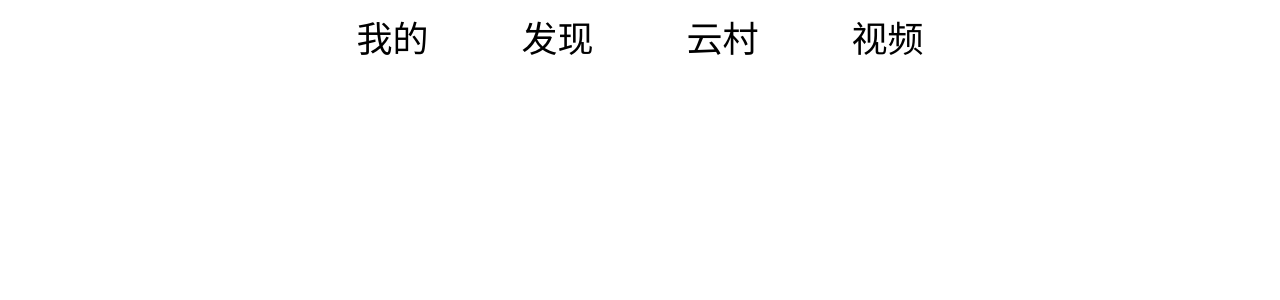
Repository: Kimice1230/Vue-
Page: / (app in wangyiyun-app/)
These files come from the project's save history. The page is drawn as it stood at one moment and after the next save; the edit follows.
The browser window is 1280 px wide. The pictures show the whole page.
The project was rebuilt for these pictures with package versions that can differ from the ones it lists, and the page was loaded fresh each time. Also part of the build but not shown: wangyiyun-app/vue.config.js.

Above is the page before, as saved 2022-07-19 15:53:50.

After the next save:
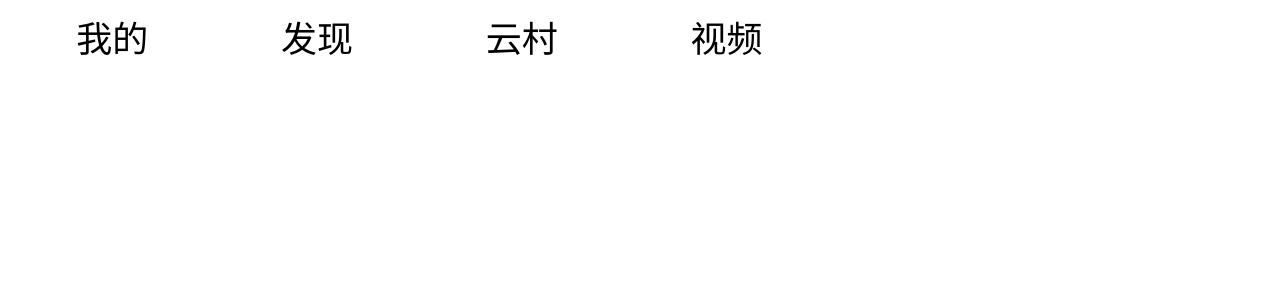
Saved 5 s later.
--- a/wangyiyun-app/src/components/home/TopNav.vue
+++ b/wangyiyun-app/src/components/home/TopNav.vue
@@ -1,6 +1,6 @@
 <template>
   <div class="TopNav">
-    <div><svg class="icon"></svg></div>
+    <!-- <div><svg class="icon"></svg></div> -->
 
     <div class="topContent">
         <span>我的</span>
@@ -9,7 +9,7 @@
         <span>视频</span>
      </div>
 
-    <div><svg class="icon"></svg></div>
+    <!-- <div><svg class="icon"></svg></div> -->
   </div>
 </template>
 
